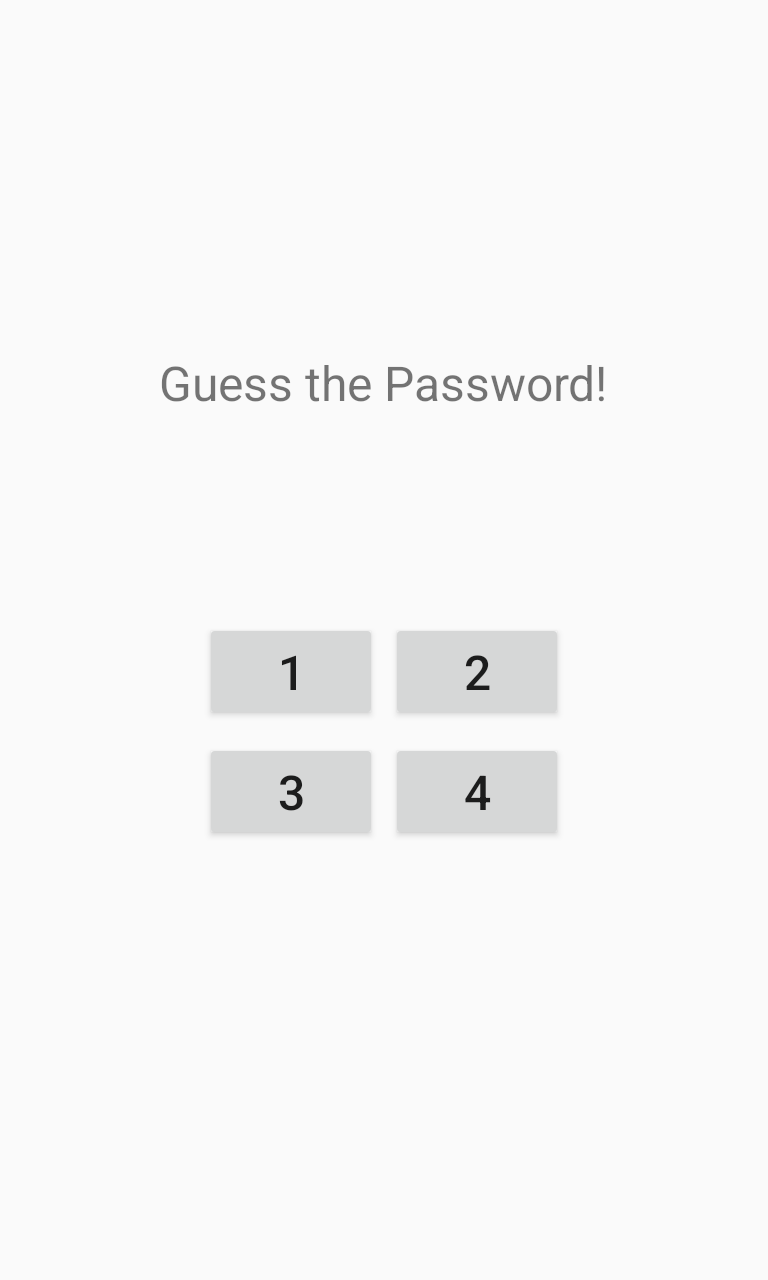
Repository: cryder3/csc303
Layout: Challenge1/res/layout/activity_topsecret.xml
An editor plug-in stored every save of this project. The layout is shown before and after the next save, followed by the edit.
It is drawn on a 768 x 1280 px phone screen (xhdpi) without system bars, with theme AppTheme; the app's code is not run.

Above is the layout before, as saved 2014-09-10 16:10:03.

After the next save:
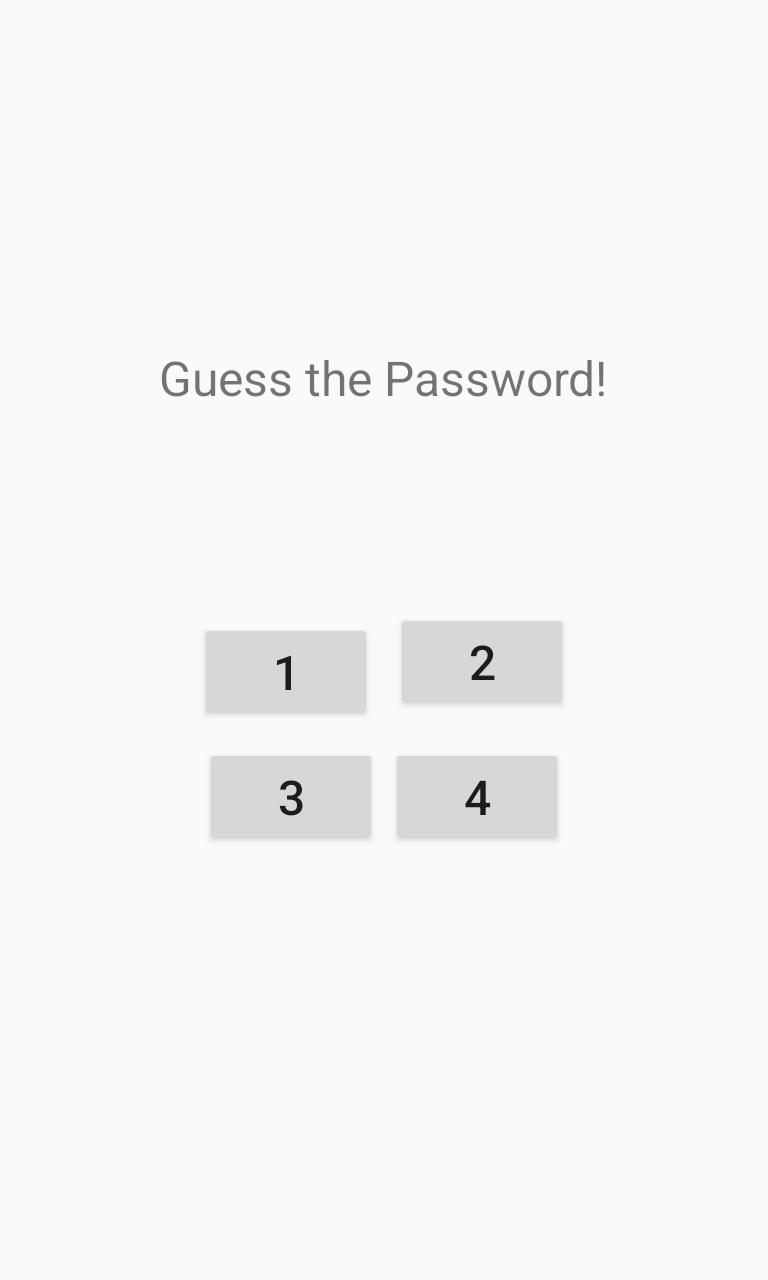
Saved 24 s later.
--- a/Challenge1/res/layout/activity_topsecret.xml
+++ b/Challenge1/res/layout/activity_topsecret.xml
@@ -33,7 +33,7 @@
             android:layout_width="wrap_content"
             android:layout_height="wrap_content"
             android:layout_marginBottom="5dp"
-            android:layout_marginRight="5dp"
+            android:layout_marginRight="10dp"
             android:text="@string/one"
             android:textSize="24dp" />
 
@@ -41,7 +41,7 @@
             android:id="@+id/button2"
             android:layout_width="wrap_content"
             android:layout_height="wrap_content"
-            android:layout_marginBottom="5dp"
+            android:layout_marginBottom="10dp"
             android:text="@string/two"
             android:textSize="24dp" />
 
